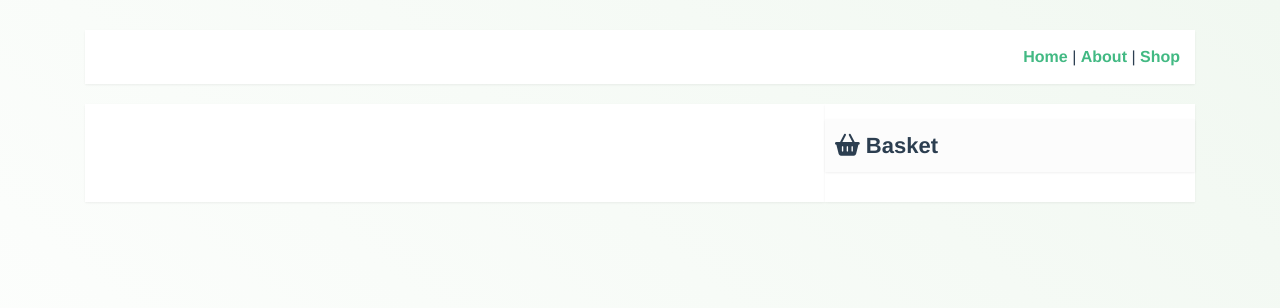
Repository: ramcd86/vuetest
Page: /#/shop
An editor plug-in stored every save of this project. The page is shown before and after the next save, followed by the edit.
The browser window is 1280 px wide. The pictures show the whole page.
Some web libraries are served in a nearby version. The project was rebuilt for these pictures with package versions that can differ from the ones it lists, and the page was loaded fresh each time. Requests to the local data server were answered from the project's data file. Also part of the build but not shown: src/components/HelloWorld.vue, src/views/Home.vue.

Above is the page before, as saved 2019-07-09 11:37:22.

### public/index.html
<!DOCTYPE html>
<html lang="en">
  <head>
    <meta charset="utf-8">
    <meta http-equiv="X-UA-Compatible" content="IE=edge">
    <meta name="viewport" content="width=device-width,initial-scale=1.0">
    <link rel="icon" href="<%= BASE_URL %>favicon.ico">
    <link href="https://stackpath.bootstrapcdn.com/bootstrap/4.3.1/css/bootstrap.min.css" rel="stylesheet" integrity="sha384-ggOyR0iXCbMQv3Xipma34MD+dH/1fQ784/j6cY/iJTQUOhcWr7x9JvoRxT2MZw1T" crossorigin="anonymous">
    <title>storeapp</title>
    <style>
    body {
      margin: 0px;
      padding: 0px;
    }
    .container-fluid {
      background: rgb(241,248,241);
      background: -moz-linear-gradient(220deg, rgba(241,248,241,1) 0%, rgba(255,255,255,1) 100%);
      background: -webkit-linear-gradient(220deg, rgba(241,248,241,1) 0%, rgba(255,255,255,1) 100%);
      background: linear-gradient(220deg, rgba(241,248,241,1) 0%, rgba(255,255,255,1) 100%);
      filter: progid:DXImageTransform.Microsoft.gradient(startColorstr="#f1f8f1",endColorstr="#ffffff",GradientType=1);
      min-height: 100vh;
      padding-bottom: 200px;
    }
    </style>
  </head>
  <body>
    <noscript>
      <strong>We're sorry but storeapp doesn't work properly without JavaScript enabled. Please enable it to continue.</strong>
    </noscript>
    <main  class="container-fluid">
    <div id="app"></div>
  </main>
    <!-- built files will be auto injected -->
    <script src="https://kit.fontawesome.com/5e1ed9e834.js"></script>

  </body>
</html>

### src/App.vue
<template>
  <div id="app">
    <div id="nav" class="container">
    <div class="row">
      <div class="col-12 block text-right">
            <router-link to="/">Home</router-link> |
            <router-link to="/about">About</router-link> |
            <router-link :to="{ name: 'shop', params: { queryData } }">Shop</router-link>
      </div>
    </div>
        <router-view />
    </div>

  </div>
</template>


<script>
import { get, post } from "@/helpers/Utilities.js";

export default {


  data() {
    return {
      get: get,
      post: post,

      queryData:  {
        shirts: '',
        shoes: ''
      }
    };
  },

  created() {
    this.get("http://localhost:3000/shirts").then(resp => {
      this.queryData.shirts = JSON.parse(resp);
    });
    this.get("http://localhost:3000/shoes").then(resp => {
      this.queryData.shoes = JSON.parse(resp);
    });

  },

  methods: {},

  mounted() {
    console.log(this.queryData);
  }
};
</script>


<style lang="scss">

.block {
  background-color: #fff;
  padding: 15px;
  // border-radius: 10px;
    box-shadow: 0 1px 3px rgba(0,0,0,0.03), 0 1px 2px rgba(0,0,0,0.03);
  transition: all 0.3s cubic-bezier(.25,.8,.25,1);
  margin-bottom: 20px
}

#app {
  font-family: "Avenir", Helvetica, Arial, sans-serif;
  -webkit-font-smoothing: antialiased;
  -moz-osx-font-smoothing: grayscale;
  // text-align: center;
  color: #2c3e50;
}
#nav {
  padding: 30px;
  a {
    font-weight: bold;
    color: #42b983;
    &.router-link-exact-active {
      color: #42b983;
    }
  }
}
</style>

### src/router.js
import Vue from 'vue'
import Router from 'vue-router'
import Home from './views/Home.vue'
import Shop from './views/Shop.vue'

Vue.use(Router)

export default new Router({
  routes: [
    {
      path: '/',
      name: 'home',
      component: Home
    },
    {
      path: '/shop',
      name: 'shop',
      component: Shop,
      props: true
    },
    {
      path: '/about',
      name: 'about',
      // route level code-splitting
      // this generates a separate chunk (about.[hash].js) for this route
      // which is lazy-loaded when the route is visited.
      component: () => import(/* webpackChunkName: "about" */ './views/About.vue')
    }
  ]
})

### src/helpers/Utilities.js
export const logger = (arg) => {
    console.log(arg);
}


export const post = (value) => {
    return new Promise((resolve, reject) => {
        const request = new XMLHttpRequest();
        request.timeout = 2000;
        request.open('POST', value.url, true);
        request.setRequestHeader('Content-Type', 'application/x-www-form-urlencoded; charset=UTF-8');
        request.send(value.data);
        request.onreadystatechange = (e) => {
            if (request.readyState === 4) {
                if (request.status === 200) {
                    resolve(request.response);
                } else {
                    reject(request.status);
                }
            }
        };
        request.timeout = () => {
            reject("The operation timed out.");
        };
    });

}

export const get = (url) => {
    return new Promise((resolve, reject) => {
        const request = new XMLHttpRequest();
        request.timeout = 2000;
        request.onreadystatechange = function (e) {
            if (request.readyState === 4) {
                if (request.status === 200) {
                    resolve(request.response);
                } else {
                    reject(request.status);
                }
            }
        };
        request.ontimeout = function () {
            reject("The operation timed out.");
        };
        request.open('get', url, true);
        request.send();
    });
}

### src/views/Shop.vue

// Template
<template>
    <div class="row">
    <div class="col-8 block text-left">
        <ProductList v-bind:products="queryData"></ProductList>
    </div>
    <div class="col-4 block text-left">
        <CheckoutStageOne></CheckoutStageOne>
    </div>

    </div>
</template>

// Script
<script>

import ProductList from '@/components/ProductList.vue'
import CheckoutStageOne from '@/components/CheckoutStageOne.vue'

export default {

    components: {
        ProductList,
        CheckoutStageOne
    },

    name: 'shop',

    props: ['queryData'],

    data() {
        return {
            dataSet: [],
            inputData: ''
            }
    },

    created() {
        this.dataSet = this.queryData;
    },

    mounted() {
        // console.log(this.dataSet);
    },

    // watch: {
    //     inputData(val) {
    //         console.log(val)
    //     }
    // }
}
</script>

// Style
<style lang="scss" scoped>


</style>

### src/components/ProductList.vue

// Template
<template>
    <div class="row">
        <div class="col-12">
        <div class="row">
                <div class="col-12 header"><i class="fas fa-tshirt"></i> See our range of Shirts!</div>
                <div class="col-4 clothing-item" v-for="item in products.shirts" v-bind:key="item.id">
                    <div class="col-12 text-center"><i class="fab fa-shirtsinbulk"></i></div>

                    <div class="col-12 text-center"><h2>{{item.shirtName}}</h2></div>

                    <div class="col-12 form-group">
                        <label for="shirtColor">Shirt Color:</label>
                        <select id="shirtColor" :class="formControl + ' _color-' + item.id">
                            <option disabled value="">Please select:</option>
                            <option v-for="(color, index) in item.shirtColor" :key="`color-${index}`" :value="color">{{color}}</option>
                        </select>
                    </div>
                    <div class="col-12 form-group">
                        <label for="shirtSize">Shirt Size:</label>
                        <select id="shirtSize" :class="formControl + ' _size-' + item.id">
                            <option disabled value="">Please select:</option>
                            <option v-for="(size, index) in item.shirtSize" :key="`size-${index}`" :value="size">{{size}}</option>
                        </select>
                    </div>
                    <div class="col-12">
                        <div class="row">
                            <div class="col-12 text-center"><button v-on:click="clickHandler(item)" class="btn btn-success btn-lg">£{{item.price}}</button></div>
                        </div>
                    </div>


                </div>
        </div>

        </div>
    </div>
</template>

// Script
<script>
export default {
    name: 'productlist',

    props: {
        products: Object,
    },

    data() {
        return {
            formControl: 'form-control',
            productData: [],
            }
    },

    created() {
    },

    mounted() {
        // console.log(this.products.shirts[0].shirtColor);
        console.log(this.colorArray);
    },

    methods: {
        clickHandler(item) {

            const selectedItem = {
                id: item.id,
                name: item.shirtName,
                color: document.querySelector(`._color-${item.id}`).value,
                size: document.querySelector(`._size-${item.id}`).value,
                price: item.price
            }

            console.log(selectedItem)
        }
    },

    watch: {

    }
}
</script>

// Style
<style lang="scss" scoped>

    label {
        font-size: 14px;
        font-weight: 300;
    }

    .header {
        background-color: rgb(252, 252, 252);
        // margin-left: 15px;
        font-size: 22px;
        font-weight: 600;
        padding: 10px;
        margin-bottom: 15px;
        box-shadow: 0 1px 3px rgba(0,0,0,0.03), 0 1px 2px rgba(0,0,0,0.03);
        transition: all 0.3s cubic-bezier(.25,.8,.25,1);
    }



    h2 {
        font-size: 26px;
        font-weight: 900;
    }

    h3 {
        padding-top: 3px;
        font-size: 22px;
        color: green;
        font-weight: 600;
    }

    .clothing-item {
        margin: {
            top: 10px;
            bottom: 45px;
        }
        padding-bottom: 10px;
        border-bottom: 10px solid white;
            i {
        font-size: 160px;
        margin-top: 10px;
        margin-bottom: 10px;
        color: #555;
    }
        &:hover {
            background-color: rgb(247, 255, 248);
            cursor: pointer;
            border-bottom: 10px solid #eee;
            h3 {
                text-decoration: underline;
            }
            i {
                color: green;
            }
        }
    }

</style>

### src/components/CheckoutStageOne.vue
<template>
  <div class="row">
    <div class="col-12 header">
      <i class="fas fa-shopping-basket"></i> Basket
    </div>
    <div v-if="!selectedProducts" class="col-12">
      <span class="checkout-item">No products selected!</span>
      {{selectedProducts}}
    </div>
    <div v-if="selectedProducts" class="col-11 m-auto" style="position: sticky; top: 0px;">
      <div
        v-for="(item, index) in selectedProducts"
        :key="`item-${index}`"
        class="row selected-product"
      >
        <div class="col-12">Name: {{item.name}}</div>
        <div class="col-12">Size: {{item.size}}</div>
        <div class="col-12">Color: {{item.color}}</div>
        <div class="col-12">
          Price:
          <span class="price">£{{item.displayPrice}}</span>
        </div>
        <div class="col-12 quantity">
          Quantity:
          <i class="fas fa-minus-circle" @click="decrementQuantity(index)"></i>
          {{item.quantity}}
          <i
            class="fas fa-plus-circle"
            @click="incrementQuantity(index)"
          ></i>
        </div>
        <div class="col-12 text-right">
          <button class="btn btn-outline-warning btn-sm" @click="prune(index)">Remove</button>
        </div>
      </div>
    </div>
  </div>
</template>

<script>
import { store, mutate } from "@/store/store.js";

export default {
  name: "checkoutstageone",

  data() {
    return {
      selectedProducts: store.purchaseState,
      totalPrice: 0
    };
  },

  mounted() {},

  methods: {
    prune(index) {
      mutate.prunePurchaseState(index);
    },
    incrementQuantity(index) {
      mutate.incrementPurchaseState(index);
    },
    decrementQuantity(index) {
      mutate.decrementPurchaseState(index);
      this.totalPriceCalculator();
    },
    totalPriceCalculator() {

    }
  },

  updated() {
    console.log('state changed')
    let localVal = 0;
      for (let i = 0; i < this.selectedProducts.length; i++) {
        localVal = localVal + this.selectedProducts[i].displayPrice;
        console.log(localVal);
      }
  },

  watch: {
    // selectedProducts(value) {
    //   //   console.log(value);
    //   //   this.totalPrice = 0;
    //   //   value.forEach(element => {
    //   //     this.totalPrice = this.totalPrice + element.displayPrice;
    //   //   });
    //   //   console.log(this.totalPrice);
    //   let localVal = 0;
    //   for (let i = 0; i < value.length; i++) {
    //     localVal = localVal + value[i].displayPrice;
    //     // console.log(localVal);
    //   }

    //   console.log('storestate',store.purchaseState)
    // }
  }
};
</script>

<style lang="scss" scoped>
button {
  padding: 5px;
  margin: {
    top: 10px;
  }
}

.quantity {
    -webkit-user-select: none;  /* Chrome all / Safari all */
  -moz-user-select: none;     /* Firefox all */
  -ms-user-select: none;      /* IE 10+ */
  user-select: none;          /* Likely future */
}

.selected-product {
  padding: 10px;
  font-weight: 900;
  background-color: rgb(247, 255, 248);
  margin: {
    top: 10px;
    bottom: 10px;
  }
  border-radius: 10px;
  i {
    color: green;
    cursor: pointer;
  }
  .price {
    color: green;
  }
}

.header {
  background-color: rgb(252, 252, 252);
  // margin-left: 15px;
  font-size: 22px;
  font-weight: 600;
  padding: 10px;
  margin-bottom: 15px;
  box-shadow: 0 1px 3px rgba(0, 0, 0, 0.03), 0 1px 2px rgba(0, 0, 0, 0.03);
  transition: all 0.3s cubic-bezier(0.25, 0.8, 0.25, 1);
}

.checkout-item {
  display: block;
}
</style>

### src/store/store.js
import Vue from 'vue';

export const store = Vue.observable({
    dataState: {
        shoes: [],
        shirts: []
    },
    purchaseState: []
})

export const mutate = {
    setShoes(state) {
        store.dataState.shoes = state;
    },
    setShirts(state) {
        store.dataState.shirts = state;
    },
    setPurchaseState(state) {
        // console.log('state', state)
        store.purchaseState.push(state);
        // console.log(store.purchaseState);
    },
    prunePurchaseState(index) {
        store.purchaseState.splice(index, 1)
    },
    incrementPurchaseState(index) {
        store.purchaseState[index].quantity = store.purchaseState[index].quantity + 1;
        store.purchaseState[index].displayPrice = store.purchaseState[index].price * store.purchaseState[index].quantity;
        store.purchaseState[index].displayPrice = store.purchaseState[index].displayPrice.toFixed(2);
        store.purchaseState[index].displayPrice = parseInt(store.purchaseState[index].displayPrice);
    },
    decrementPurchaseState(index) {
        store.purchaseState[index].quantity = store.purchaseState[index].quantity - 1;
        store.purchaseState[index].displayPrice = store.purchaseState[index].price * store.purchaseState[index].quantity;
        store.purchaseState[index].displayPrice = store.purchaseState[index].displayPrice.toFixed(2);
        store.purchaseState[index].displayPrice = parseInt(store.purchaseState[index].displayPrice);
        if (store.purchaseState[index].quantity <= 0) {
            this.prunePurchaseState(index);
        }
    }
}

### src/mock/db.json
{
  "employees": [
    {
      "id": 1,
      "first_name": "Sebastian",
      "last_name": "Eschweiler",
      "email": "sebastian@codingthesmartway.com"
    },
    {
      "id": 2,
      "first_name": "Steve",
      "last_name": "Palmer",
      "email": "steve@codingthesmartway.com"
    },
    {
      "id": 3,
      "first_name": "Ann",
      "last_name": "Smith",
      "email": "ann@codingthesmartway.com"
    }
  ],
  "shirts": [
    {
      "id": 1,
      "shirtName": "Long Polo",
      "shirtColor": ["Black", "White", "Hawaiian", "Blue", "Yellow", "Red", "Green"],
      "shirtSize": ["XXS", "XS", "S", "M", "L", "XL", "XXL"],
      "price": 10.99
    },
    {
        "id": 2,
        "shirtName": "V-Neck Cuff",
        "shirtColor": ["Black", "White", "Hawaiian", "Blue", "Yellow", "Red", "Green"],
        "shirtSize": ["XXS", "XS", "S", "M", "L", "XL", "XXL"],
        "price": 9.99
      },
      {
        "id": 3,
        "shirtName": "Patch Tee",
        "shirtColor": ["Black", "White", "Hawaiian", "Blue", "Yellow", "Red", "Green"],
        "shirtSize": ["XXS", "XS", "S", "M", "L", "XL", "XXL"],
        "price": 13.99
      },
      {
        "id": 4,
        "shirtName": "High Tee",
        "shirtColor": ["Black", "White", "Hawaiian", "Blue", "Yellow", "Red", "Green"],
        "shirtSize": ["XXS", "XS", "S", "M", "L", "XL", "XXL"],
        "price": 19.99
      },
      {
        "id": 5,
        "shirtName": "Low Tee",
        "shirtColor": ["Black", "White", "Hawaiian", "Blue", "Yellow", "Red", "Green"],
        "shirtSize": ["XXS", "XS", "S", "M", "L", "XL", "XXL"],
        "price": 20.99
      },
      {
        "id": 6,
        "shirtName": "Round Cut",
        "shirtColor": ["Black", "White", "Hawaiian", "Blue", "Yellow", "Red", "Green"],
        "shirtSize": ["XXS", "XS", "S", "M", "L", "XL", "XXL"],
        "price": 16.99
      },
      {
        "id": 7,
        "shirtName": "Short Cut",
        "shirtColor": ["Black", "White", "Hawaiian", "Blue", "Yellow", "Red", "Green"],
        "shirtSize": ["XXS", "XS", "S", "M", "L", "XL", "XXL"],
        "price": 12.99
      },
      {
        "id": 8,
        "shirtName": "Button Trim",
        "shirtColor": ["Black", "White", "Hawaiian", "Blue", "Yellow", "Red", "Green"],
        "shirtSize": ["XXS", "XS", "S", "M", "L", "XL", "XXL"],
        "price": 7.99
      },
      {
        "id": 9,
        "shirtName": "High Top Cut",
        "shirtColor": ["Black", "White", "Hawaiian", "Blue", "Yellow", "Red", "Green"],
        "shirtSize": ["XXS", "XS", "S", "M", "L", "XL", "XXL"],
        "price": 5.99
      }
  ],
  "shoes": [
    {
      "id": 1,
      "shirtName": "Nike Run",
      "shirtColor": ["Street", "Green", "Rainbow", "Panther", "Cammo", "Sports", "Electric"],
      "shirtSize": [4, 5, 6, 7, 8, 9, 10, 11, 12, 13],
      "price": 59.99
    },
    {
        "id": 2,
        "shirtName": "Asics Treader",
        "shirtColor": ["Street", "Green", "Rainbow", "Panther", "Cammo", "Sports", "Electric"],
        "shirtSize": [4, 5, 6, 7, 8, 9, 10, 11, 12, 13],
        "price": 49.99
      },
      {
        "id": 3,
        "shirtName": "Reebok Feet",
        "shirtColor": ["Street", "Green", "Rainbow", "Panther", "Cammo", "Sports", "Electric"],
        "shirtSize": [4, 5, 6, 7, 8, 9, 10, 11, 12, 13],
        "price": 99.99
      },
      {
        "id": 4,
        "shirtName": "Addidias Hiker",
        "shirtColor": ["Street", "Green", "Rainbow", "Panther", "Cammo", "Sports", "Electric"],
        "shirtSize": [4, 5, 6, 7, 8, 9, 10, 11, 12, 13],
        "price": 39.99
      },
      {
        "id": 5,
        "shirtName": "Maran AmBUlates",
        "shirtColor": ["Street", "Green", "Rainbow", "Panther", "Cammo", "Sports", "Electric"],
        "shirtSize": [4, 5, 6, 7, 8, 9, 10, 11, 12, 13],
        "price": 149.99
      },
      {
        "id": 6,
        "shirtName": "House Sprinters",
        "shirtColor": ["Street", "Green", "Rainbow", "Panther", "Cammo", "Sports", "Electric"],
        "shirtSize": [4, 5, 6, 7, 8, 9, 10, 11, 12, 13],
        "price": 89.99
      },
      {
        "id": 7,
        "shirtName": "Dukang Ionics",
        "shirtColor": ["Street", "Green", "Rainbow", "Panther", "Cammo", "Sports", "Electric"],
        "shirtSize": [4, 5, 6, 7, 8, 9, 10, 11, 12, 13],
        "price": 239.99
      },
      {
        "id": 8,
        "shirtName": "Yeezy's",
        "shirtColor": ["Street", "Green", "Rainbow", "Panther", "Cammo", "Sports", "Electric"],
        "shirtSize": [4, 5, 6, 7, 8, 9, 10, 11, 12, 13],
        "price": 239.99
      },
      {
        "id": 9,
        "shirtName": "Fetchwear Black Opal",
        "shirtColor": ["Black", "White", "Hawaiian", "Blue", "Yellow", "Red", "Green"],
        "shirtSize": ["XXS", "XS", "S", "M", "L", "XL", "XXL"],
        "price": 74.99
      }
  ]
}

Loaded but not shown: src/main.js (common file)

After the next save:
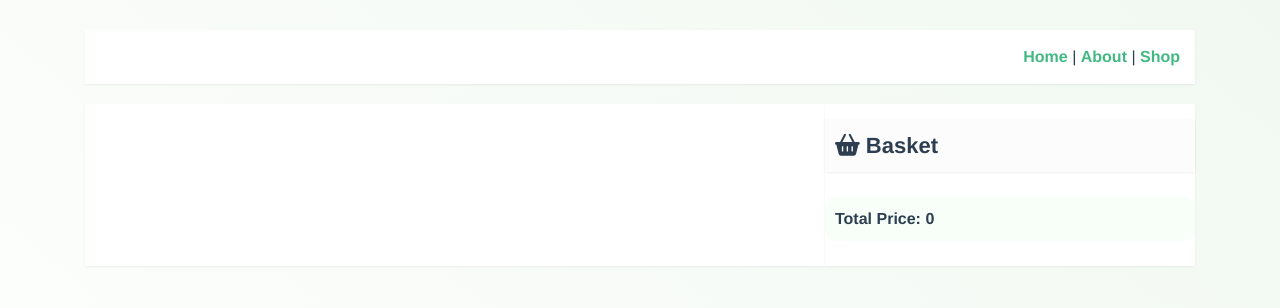
Saved 98 s later.
--- a/src/components/CheckoutStageOne.vue
+++ b/src/components/CheckoutStageOne.vue
@@ -34,6 +34,7 @@
         </div>
       </div>
     </div>
+    <div class="col-12 selected-product">Total Price: {{totalPrice}}</div>
   </div>
 </template>
 
@@ -73,6 +74,7 @@ export default {
     let localVal = 0;
       for (let i = 0; i < this.selectedProducts.length; i++) {
         localVal = localVal + this.selectedProducts[i].displayPrice;
+        this.totalPrice = localVal;
         console.log(localVal);
       }
   },
